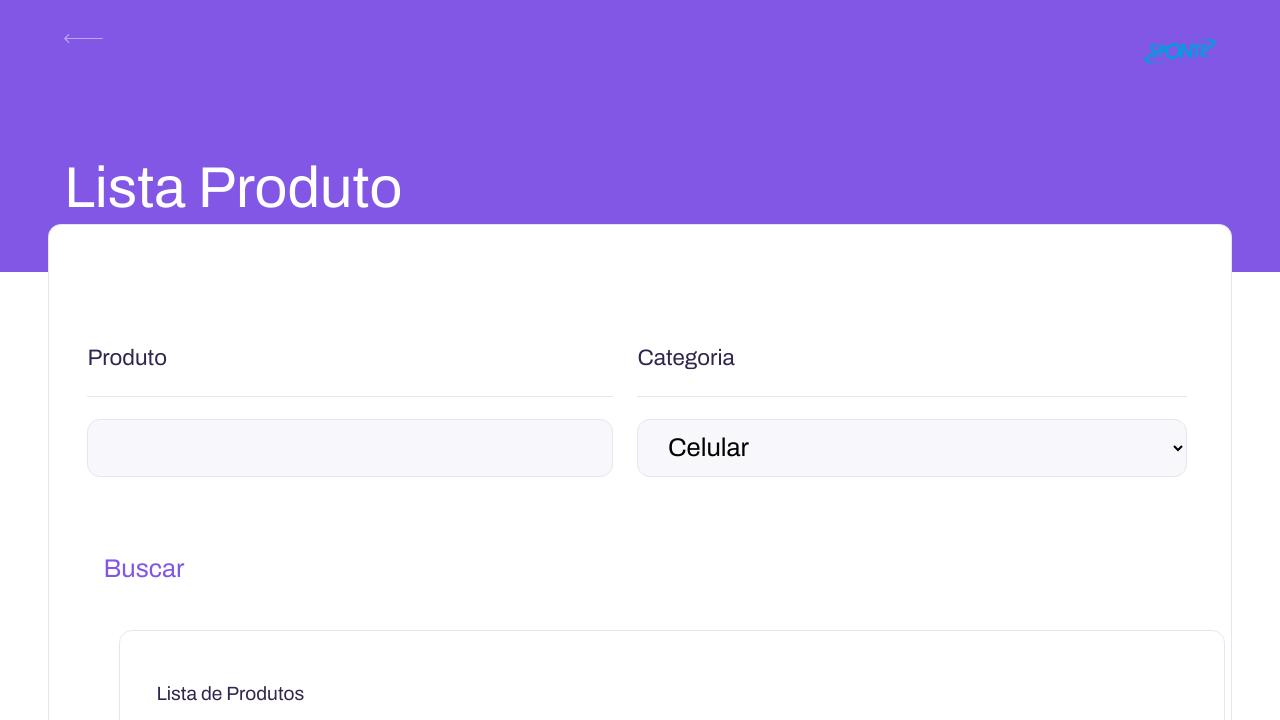
Repository: Henrique-Hoi-Dev/avalia-o-front-end
Page: /list (app in web/)
These files come from the project's save history. The page is drawn as it stood at one moment and after the next save; the edit follows.
The browser window is 1280 px wide. The pictures show the whole page.
An inner scrolling area shows only its first screen. The project was rebuilt for these pictures with package versions that can differ from the ones it lists, and the page was loaded fresh each time. Also part of the build but not shown: web/src/pages/Home/styles.js, web/src/pages/Home/index.js, web/src/services/api.js, web/src/pages/RegistrationProduct/styles.js, web/src/components/HeaderRecord/styles.js, web/src/components/HeaderRecord/index.js, web/src/pages/RegistrationProduct/Avatarinput/styles.js, web/src/pages/RegistrationProduct/Avatarinput/index.js and 1 more.

Above is the page before, as saved 2020-09-02 22:01:43.

### web/public/index.html
<!DOCTYPE html>
<html lang="en">
  <head>
    <meta charset="utf-8" />
    <link rel="icon" href="%PUBLIC_URL%/favicon.ico" />
    <meta name="viewport" content="width=device-width, initial-scale=1" />
    <meta name="theme-color" content="#000000" />
    <meta
      name="description"
      content="Web site created using create-react-app"
    />
    <link
      href="https://fonts.googleapis.com/css2?family=Archivo:ital,wght@0,400;1,700&family=Poppins&display=swap"
      rel="stylesheet"
    />

    <title>Controle de estoque</title>
  </head>
  <body>
    <noscript>You need to enable JavaScript to run this app.</noscript>
    <div id="root"></div>
  </body>
</html>

### web/src/App.js
import React from 'react';
import Routes from './routes';

import GlobalStyle from './styles/global';

function App() {
  return (
    <>
      <Routes />
      <GlobalStyle />
    </>
  );
}

export default App;

### web/src/routes.js
import React from 'react';
import { BrowserRouter, Route } from 'react-router-dom';

import Home from './pages/Home';
import ListProduct from './pages/ListProduct';
import RegistrationProduct from './pages/RegistrationProduct';

function Routes() {
  return (
    <BrowserRouter>
      <Route path="/" exact component={Home} />
      <Route path="/list" component={ListProduct} />
      <Route path="/record-product" component={RegistrationProduct} />
    </BrowserRouter>
  );
}

export default Routes;

### web/src/styles/global.js
import { createGlobalStyle } from 'styled-components';

export default createGlobalStyle`


  * {
    margin: 0;
    padding: 0;
    outline: 0;
    border: 0;
    box-sizing: border-box;
  }
  html, body, #root {
    height: 100%;
    overflow-x: hidden;
  }


  body {
    background: linear-gradient(-70deg #f0f0f7);
    -webkit-font-smoothing: antialiased !important;

  }

  body, input, button {

    font-size: 14px;
    font-family: 'Roboto', sans-serif;
  }

  button {
    cursor: pointer;
  }

  :root {

  --color-background: #f0f0f7;
  --color-primary-lighter: #9871f5;
  --color-primary-light: #916bea;
  --color-primary: #8257e5;
  --color-primary-dark: #774dd6;
  --color-primary-darker: #6842c2;
  --color-secundary: #04d361;
  --color-secundary-dark: #04bf58;
  --color-title-in-primary: #ffffff;
  --color-text-in-primary: #d4c2ff;
  --color-text-title: #32264d;
  --color-text-complement: #9c98a6;
  --color-text-base: #6a6180;
  --color-line-in-white: #e6e6f0;
  --color-input-background: #f8f8fc;
  --color-button-text: #ffffff;
  --color-box-base: #ffffff;
  --color-box-footer: #fafafc;
}
`;

### web/src/pages/ListProduct/index.js
import React from 'react';
import * as Yup from 'yup';

import Header from '../../components/HeaderList';
import { FcEmptyTrash } from 'react-icons/fc';
import { Formik, Field, Form } from 'formik';
import { Container } from './styles';

const schema = Yup.object().shape({
  product: Yup.string()
    .required('! Este compo é obrigatório.')
    .max(100, '! No máximo 100 caracteres'),
  categoria: Yup.string().required('! Este compo é obrigatório.'),
});

function ListProduct() {
  function onSubmit(values) {
    console.log(values);
  }
  return (
    <Container>
      <Header />
      <div className="header-main">
        <Formik
          onSubmit={onSubmit}
          validationSchema={schema}
          validateOnBlur
          initialValues={{
            product: '',
            categoria: 'celular',
          }}
          render={({ values, errors }) => (
            <Form className="form-input">
              <div id="header-busca" className="header-title">
                <div className="buscar">
                  <label htmlFor="product">Produto</label>
                  <Field name="product" type="text" />
                  <span>{errors.product}</span>
                </div>

                <div className="categoria">
                  <label htmlFor="categoria">Categoria</label>
                  <Field nome="categoria" component="select">
                    <option value="celular">Celular</option>
                    <option value="tvs">Tvs</option>
                    <option value="notbook">Notbook</option>
                    <option value="acessorios">Acessórios</option>
                  </Field>
                </div>
              </div>
              <button type="submit">Buscar</button>

              <table className="table-list">
                <thead className="table-title">
                  <td>Lista de Produtos</td>
                </thead>
                <tbody>
                  <tr className="product">
                    <td>Produto</td>
                    <td>Preço(R$; 0,00)</td>
                    <td>Medidas</td>
                    <td>Descrição do produto</td>
                    <img
                      src="https://avatars1.githubusercontent.com/u/62766753?s=400&u=1b68262c4b2abe58a779bb03ae2c3d7e46ee4358&v=4"
                      alt="avatar"
                    />
                    <button>
                      <FcEmptyTrash />
                    </button>
                  </tr>
                  <tr className="product">
                    <td>Produto 2</td>
                    <td>Preço(R$; 0,00)</td>

                    <td>Descrição do produto</td>
                    <img
                      src="https://avatars1.githubusercontent.com/u/62766753?s=400&u=1b68262c4b2abe58a779bb03ae2c3d7e46ee4358&v=4"
                      alt="avatar"
                    />
                    <button>
                      <FcEmptyTrash />
                    </button>
                  </tr>
                </tbody>
              </table>
            </Form>
          )}
        />
      </div>
    </Container>
  );
}

export default ListProduct;

### web/src/components/HeaderList/index.js
import React from 'react';
import { Link } from 'react-router-dom';

import { PageHeader } from './styles';
import backIcon from '../../assets/back.svg';
import logo from '../../assets/logo.png';

function HeaderList() {
  return (
    <PageHeader>
      <div className="header">
        <Link to="/">
          <img src={backIcon} alt="voltar" />
        </Link>
        <img src={logo} alt="voltar" />
      </div>

      <div className="header-content">
        <h2>Lista Produto</h2>
      </div>
    </PageHeader>
  );
}

export default HeaderList;

### web/src/pages/ListProduct/styles.js
import styled from 'styled-components';
import { darken } from 'polished';

export const Container = styled.div`
  width: 100vw;
  height: 100vh;

  .header-main {
    background: var(--color-box-base);
    width: 100%;
    max-width: 74rem;
    border: 0.1rem solid var(--color-line-in-white);
    border-radius: 0.8rem;
    margin: -3rem auto 3.2rem;
    padding-top: 6.4rem;
    overflow: hidden;
  }

  input,
  select {
    width: 100%;
    height: 3.6rem;
    border-radius: 0.8rem;
    background: var(--color-input-background);
    border: 1px solid var(--color-line-in-white);
    outline: 0;
    padding: 0 1.6rem;
    font: 1.6rem Archivo;
  }

  .form-input {
    border: 0;
    padding: 0 2.4rem;
    margin-top: 0.1rem;

    button {
      background: none;
      border: 0;
      margin: 1rem;
      color: var(--color-primary);
      font: 700 1.6rem Archivo;
      cursor: pointer;
      transition: color 0.2s;

      &:hover {
        color: ${darken(0.03, '#6842c2')};
      }
    }
  }
  .header-title span {
    color: #ff0000;
    align-self: flex-start;
    margin: 0 0 10px;
    font-weight: bold;
  }

  label {
    font: 700 1.4rem Archivo;
    color: var(--color-text-title);
    margin-bottom: 1.4rem;
    margin-top: 1rem;
    display: flex;
    align-items: center;
    justify-content: space-between;
    width: 100%;
    padding-bottom: 1.6rem;
    border-bottom: 1px solid var(--color-line-in-white);
  }
  main {
    margin: 3.2rem auto;
    width: 90%;
  }
  .table-list {
    width: 100%;
    background: var(--color-box-base);
    border: 1px solid var(--color-line-in-white);
    border-radius: 0.8rem;
    margin: 2rem;

    thead {
      font: 700 2.4rem Archivo;
      display: block;
      color: var(--color-text-title);
      margin-top: 1rem;
      padding: 2rem;
    }

    tbody {
      margin-left: 2.4rem;
    }

    img {
      width: 4rem;
      height: 4rem;
      border-radius: 50%;
    }

    td {
      font-size: 1.2rem;
      margin-top: 0.4rem;
    }

    .product {
      padding: 3.2rem 2rem;
      background: var(--color-box-footer);
      border-top: 1px solid var(--color-line-in-white);
      margin-top: 3.2rem;
      display: flex;
      align-items: center;
      justify-content: space-between;
    }
  }

  @media (min-width: 1100px) {
    #header-busca {
      max-width: 1100px;

      display: grid;
      grid-template-columns: 1fr 1fr;
      grid-template-rows: 210px;
      grid-template-areas: 'buscar categoria ';
    }

    .buscar {
      grid-area: buscar;
      margin-right: 1.5rem;
    }

    .categoria {
      grid-area: categoria;
    }
  }
`;

### web/src/components/HeaderList/styles.js
import styled from 'styled-components';

export const PageHeader = styled.div`
  display: flex;
  flex-direction: column;
  background-color: var(--color-primary);

  .header {
    width: 90%;
    margin: 0 auto;
    display: flex;
    justify-content: space-between;
    align-items: center;
    color: var(--color-text-in-primary);
    padding: 1.6rem 0;

    a {
      height: 3.2rem;
      transition: opacity 0.2s;

      :hover {
        opacity: 0.6;
      }
    }

    img {
      height: 1.6rem;
    }
  }

  .header-content {
    width: 90%;
    margin: 0 auto;
    position: relative;
    margin: 3.2rem auto;

    a {
      font: 700 3.6rem Archivo;
      line-height: 4.2rem;
      color: var(--color-title-in-primary);
    }

    h2 {
      font: 700 3.6rem Archivo;
      line-height: 4.2rem;
      color: var(--color-title-in-primary);
    }
  }
`;

Loaded but not shown: web/src/index.js (common file)

After the next save:
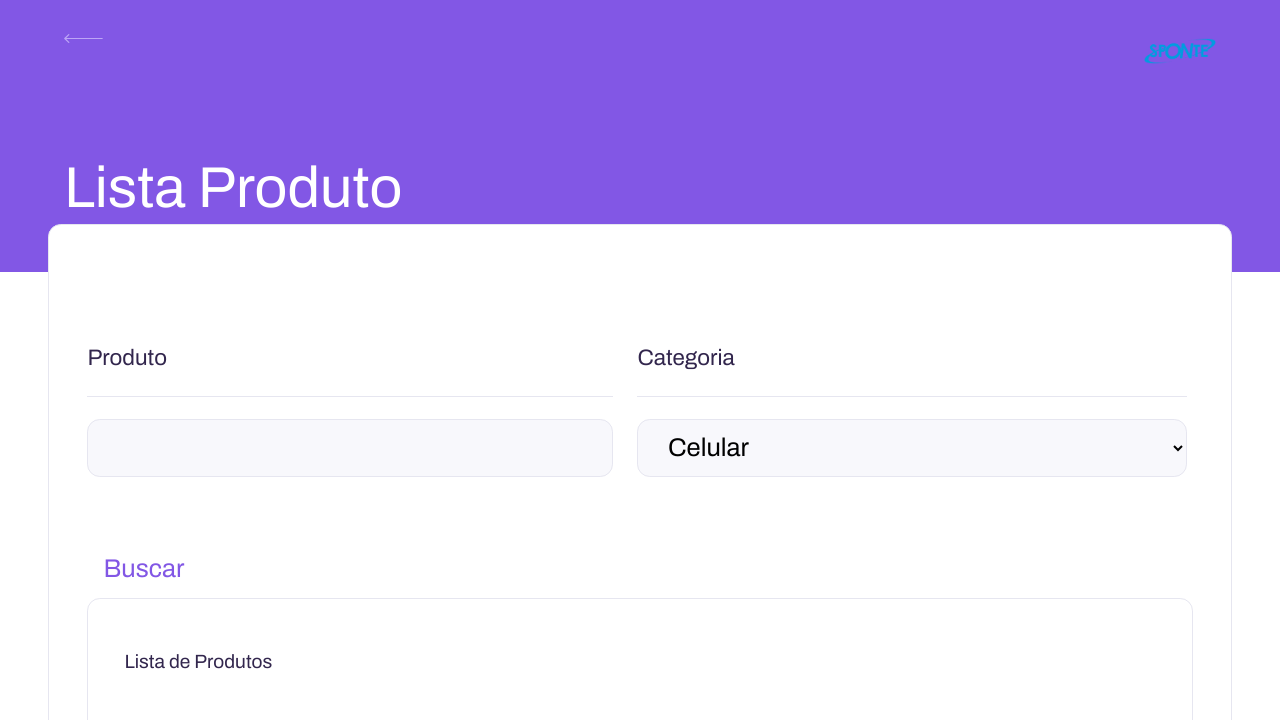
Saved 13 s later.
--- a/web/src/pages/ListProduct/styles.js
+++ b/web/src/pages/ListProduct/styles.js
@@ -75,7 +75,7 @@ export const Container = styled.div`
     background: var(--color-box-base);
     border: 1px solid var(--color-line-in-white);
     border-radius: 0.8rem;
-    margin: 2rem;
+    margin-right: 1rem;
 
     thead {
       font: 700 2.4rem Archivo;
